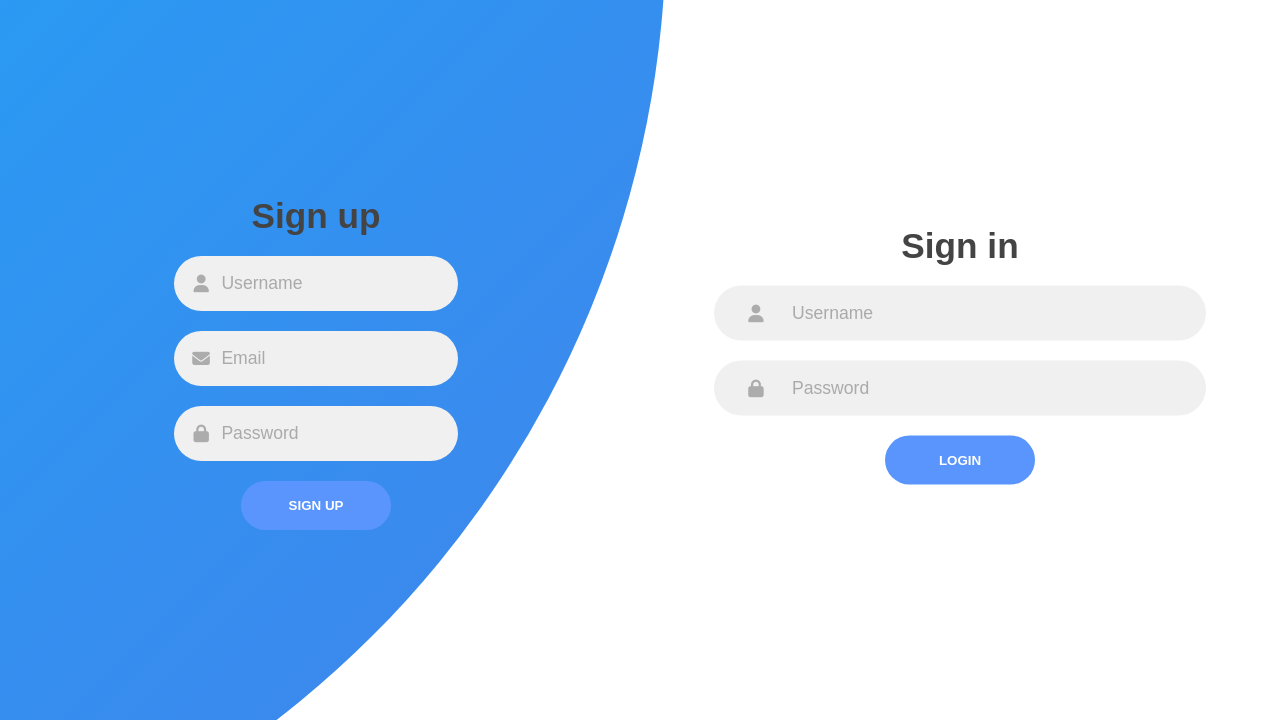
Repository: sarfaraz1611/NitteMovie.github.io
Page: login.html
An editor plug-in stored every save of this project. The page is shown before and after the next save, followed by the edit.
The browser window is 1280 px wide. The pictures show the whole page.
Some web libraries are served in a nearby version.

Above is the page before, as saved 2022-07-15 23:38:37.

After the next save:
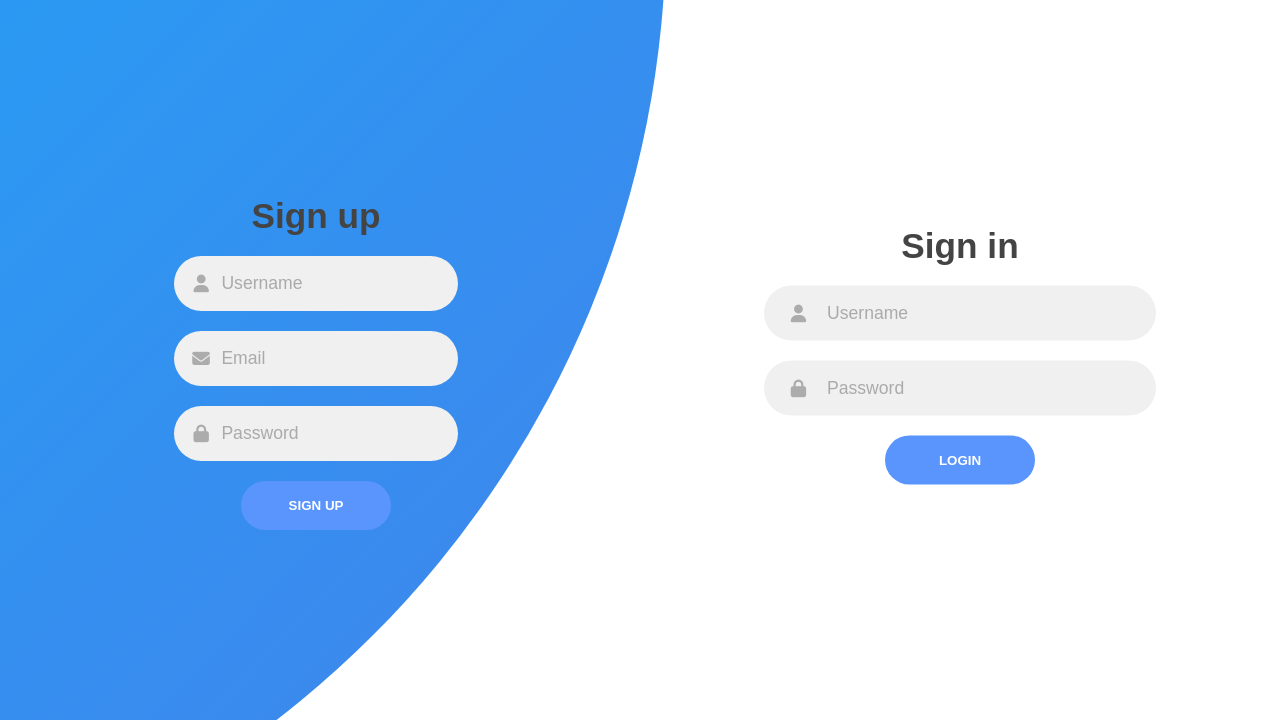
Saved 10 s later.
--- a/assets/css/main.css
+++ b/assets/css/main.css
@@ -328,7 +328,7 @@ form {
 }
 
 .input-field {
-  /* max-width: 380px; */
+  max-width: 380px;
   width: 100%;
   background-color: #f0f0f0;
   margin: 10px 0;
